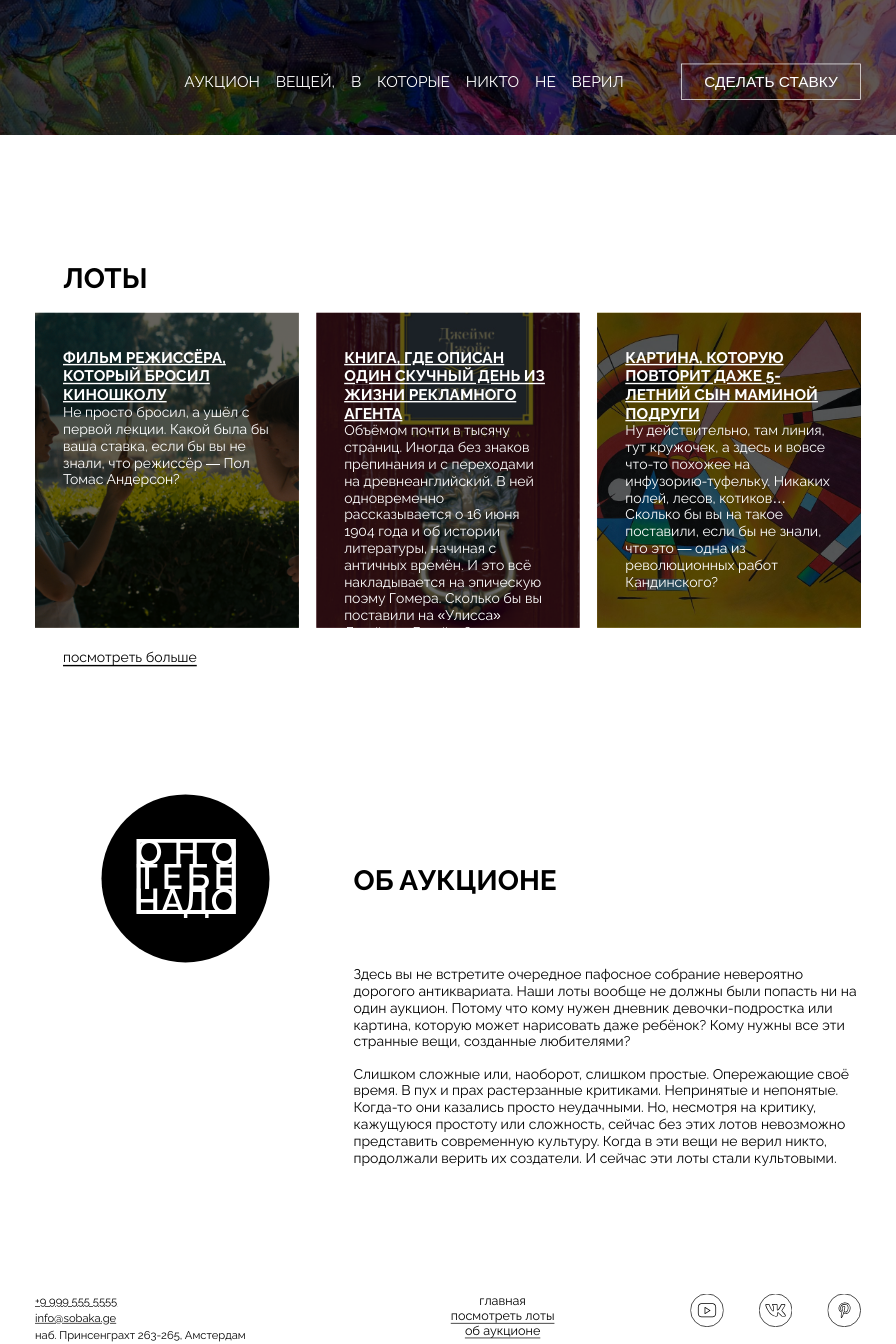
Repository: Hadoooouken/ono-tebe-nado
Page: index.html
An editor plug-in stored every save of this project. The page is shown before and after the next save, followed by the edit.
The browser window is 1280 px wide. The pictures show the part of the page from y = 767 to 2687 px (the page is 2687 px tall), at 70% of full size.

Above is the page before, as saved 2023-11-28 23:17:33.

After the next save:
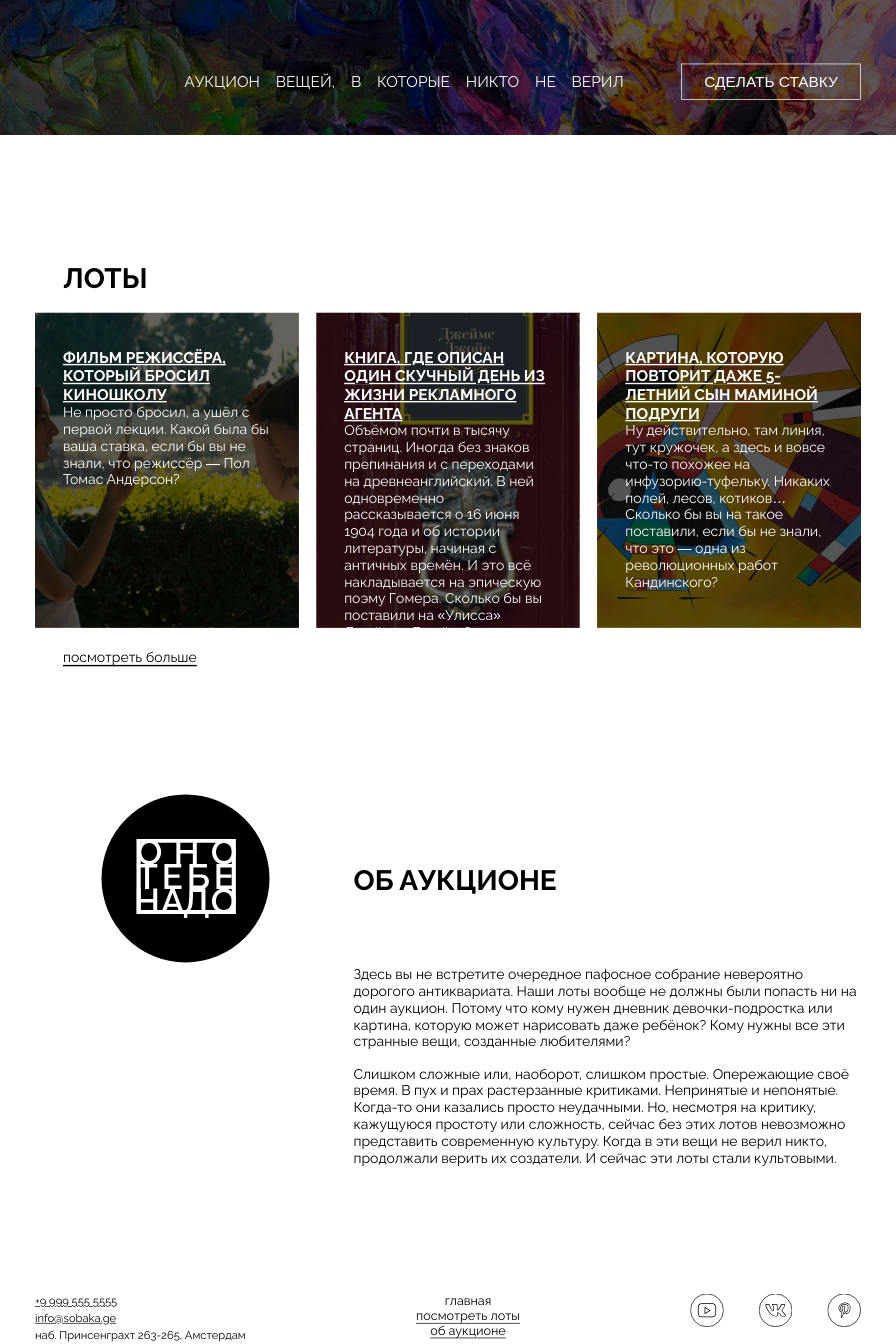
Saved 5 s later.
--- a/styles/style.css
+++ b/styles/style.css
@@ -11,8 +11,7 @@
 
 
 .address {
-  width: 400px;
-  align-items: end;
+
 
 
 }
